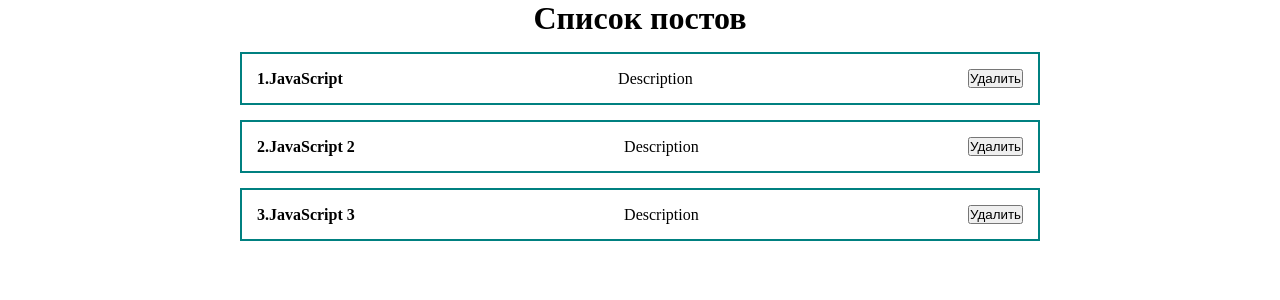
Repository: otvertka/ulb2_react
Page: / (app in jk_project/)
An editor plug-in stored every save of this project. The page is shown before and after the next save, followed by the edit.
The browser window is 1280 px wide. The pictures show the whole page.
The project was rebuilt for these pictures with package versions that can differ from the ones it lists, and the page was loaded fresh each time. Also part of the build but not shown: jk_project/src/component/Counter.jsx, jk_project/src/component/ClassCounter.jsx.

Above is the page before, as saved 2023-09-08 11:41:27.

### jk_project/public/index.html
<!DOCTYPE html>
<html lang="en">
  <head>
    <meta charset="utf-8" />

    <meta name="viewport" content="width=device-width, initial-scale=1" />

    <title>React App</title>
  </head>
  <body>
    <noscript>You need to enable JavaScript to run this app.</noscript>
    <div id="root"></div>
    <!-- Здесь будет приложение JS -->
  </body>
</html>

### jk_project/src/App.js
import React, { useState } from "react";
import Counter from "./component/Counter";
import ClassCounter from "./component/ClassCounter";
import classes from "./styles/App.css";
import PostItem from "./component/PostItem";
import PostList from "./component/PostList";

function App() {
  const [posts, setPosts] = useState([
    { id: 1, title: "JavaScript", body: "Description" },
    { id: 2, title: "JavaScript 2", body: "Description" },
    { id: 3, title: "JavaScript 3", body: "Description" },
  ]);

  return (
    <div className="App">
      <PostList posts={posts} />
    </div>
  );
}

export default App;

### jk_project/src/styles/app.css
* {
  margin: 0;
  padding: 0;
  box-sizing: border-box;
}

#root {
  display: flex;
  justify-content: center;
}

.App {
  width: 800px;
}

.post {
  display: flex;
  padding: 15px;
  border: 2px solid teal;
  margin-top: 15px;
  justify-content: space-between;
  align-items: center;
}

### jk_project/src/component/PostItem.jsx
import React from "react";

const PostItem = (props) => {
  console.log(props);
  return (
    <div>
      <div className="post">
        <div className="post__content">
          <strong>
            {props.post.id}.{props.post.title}
          </strong>
        </div>
        <div>{props.post.body}</div>
        <div className="post__btns">
          <button>Удалить</button>
        </div>
      </div>
    </div>
  );
};

export default PostItem;

### jk_project/src/component/PostList.jsx
import React from "react";
import PostItem from "./PostItem";

const PostList = ({ posts }) => {
  return (
    <div>
      <h1 style={{ textAlign: "center" }}>Список постов</h1>
      {posts.map((post) => (
        <PostItem post={post} key={post.id} />
      ))}
    </div>
  );
};

export default PostList;

Loaded but not shown: jk_project/src/index.js (common file)

After the next save:
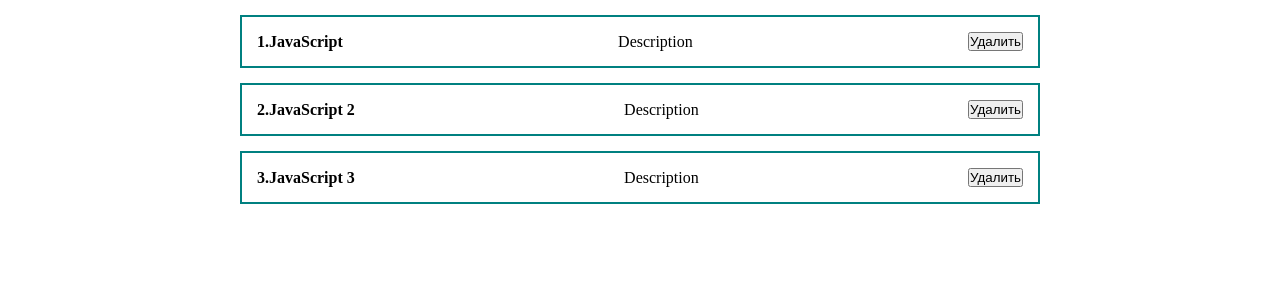
Saved 2 min 7 s later.
--- a/jk_project/src/component/PostList.jsx
+++ b/jk_project/src/component/PostList.jsx
@@ -1,10 +1,10 @@
 import React from "react";
 import PostItem from "./PostItem";
 
-const PostList = ({ posts }) => {
+const PostList = ({ posts, title }) => {
   return (
     <div>
-      <h1 style={{ textAlign: "center" }}>Список постов</h1>
+      <h1 style={{ textAlign: "center" }}>{title}</h1>
       {posts.map((post) => (
         <PostItem post={post} key={post.id} />
       ))}
